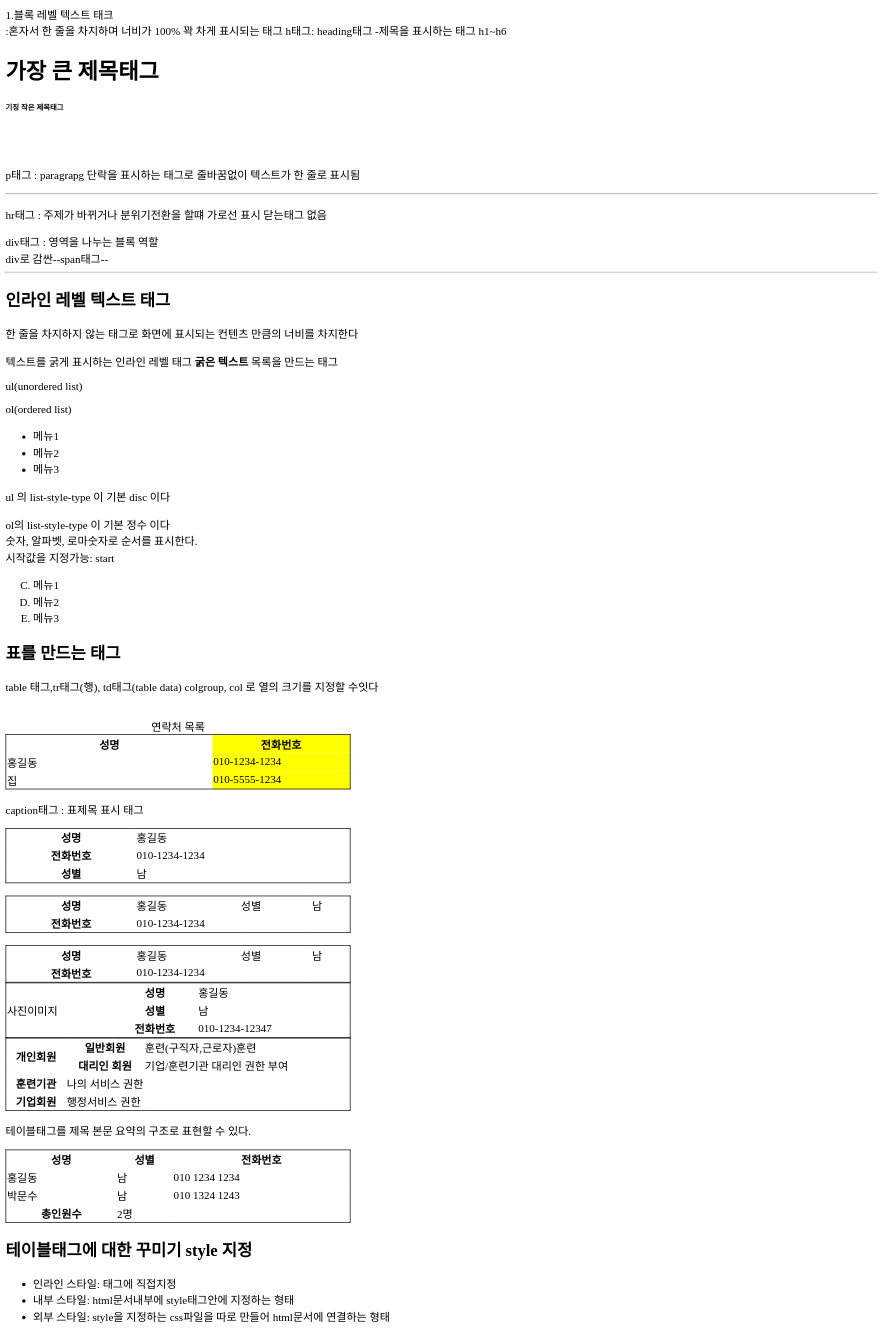
Repository: hana825/Web
Page: web/WebContent/index.html
The author's editor kept a copy of each file at every save. The page is drawn from the files as they stood at one save, then again after the next save.
The browser window is 1280 px wide. The pictures show the whole page, at 69% of full size.

Above is the page before, as saved 2022-03-17 08:01:44.

### web/WebContent/index.html
<!DOCTYPE html>
<html>
<head>
<meta charset="UTF-8">
<title>Insert title here</title>

<style>
table{width:500px;
	  border-collapse: collapse;
	  border: 1px solid black;
}
</style>
</head>

<body>
1.블록 레벨 텍스트 태크<br>
:혼자서 한 줄을 차지하며 너비가 100% 꽉 차게 표시되는 태그

h태그: heading태그 -제목을 표시하는 태그 h1~h6
<h1>가장 큰 제목태그</h1>
<h6>기징 작은 제목태그</h6>
<br><br>
<p>
p태그 : paragrapg 단락을 표시하는 태그로
줄바꿈없이 텍스트가 한 줄로 표시됨
</p>
<hr>

<p>
hr태그 : 주제가 바뀌거나 분위기전환을 할떄 가로선 표시
닫는태그 없음
</p>
<div>
div태그 : 영역을 나누는 블록 역할
</div>

<div> div로 감싼<span>--span태그--</span>
</div>


<hr>

<h2>인라인 레벨 텍스트 태그</h2>
<p> 한 줄을 차지하지 않는 태그로 화면에 표시되는 컨텐츠 만큼의 너비를 차지한다
</p>
<!-- 실행에서 제외하고자 하는 코드는 주석처리 -->
텍스트를 굵게 표시하는 인라인 레벨 태그
<strong>굵은 텍스트
</strong>
목록을 만드는 태그
<p>ul(unordered list)</p>
<p>ol(ordered list)</p>
<ul>
	<li>메뉴1</li>
	<li>메뉴2</li>
	<li>메뉴3</li>
</ul>
<p>ul 의 list-style-type 이 기본 disc 이다</p>
<p>ol의 list-style-type 이 기본 정수 이다<br>
   숫자, 알파벳, 로마숫자로 순서를 표시한다.<br>
   시작값을 지정가능: start<br>
</p>

<ol start='3' type="A">
	<li>메뉴1</li>
	<li>메뉴2</li>
	<li>메뉴3</li>
</ol>

<h2>표를 만드는 태그</h2>
<p>table 태그,tr태그(행), td태그(table data)
colgroup, col 로 열의 크기를 지정할 수잇다
</p><br>

<table >
	<colgroup>
		<col style='width:150px'>
		<col style='width:100px; background-color:yellow'>
	</colgroup>
	<caption>연락처 목록</caption>
	<tr><th>성명</th><th>전화번호</th></tr>
	<tr><td>홍길동</td><td>010-1234-1234</td></tr>
	<tr><td>집</td><td>010-5555-1234</td></tr>
</table>

<p> caption태그 : 표제목 표시 태그
</p>

<table  >
	<tr><th>성명</th>
		<td>홍길동</td>
	</tr>
		<tr><th>전화번호</th>
		<td>010-1234-1234</td>
	</tr>
		<tr><th>성별</th>
		<td>남</td>
	</tr>
</table>
<br>
<table  >
	<tr><th>성명</th>
		<td>홍길동</td>
		<td>성별</td>
		<td>남</td>
	</tr>
		<tr><th>전화번호</th>
		<td colspan='3'>010-1234-1234</td>

</table>
<br>

<table  >
	<tr><th>성명</th>
		<td>홍길동</td>
		<td>성별</td>
		<td>남</td>
	</tr>
		<tr><th>전화번호</th>
		<td colspan='3'>010-1234-1234</td>

</table>

<table  >
	<tr><td rowspan ='3'>사진이미지</td>
		<th>성명</th>
		<td>홍길동</td>
	</tr>
	<tr>
		<th>성별</th>
		<td>남</td>
	</tr>
		<tr>
		<th>전화번호</th>
		<td>010-1234-12347</td>
	</tr>

</table>

<table  >
	<tr><th rowspan ='2'>개인회원</th>
		<th>일반회원</th>
		<td>훈련(구직자,근로자)훈련</td>
	</tr>
	<tr>
		<th>대리인 회원</th>
		<td>기업/훈련기관 대리인 권한 부여</td>
	</tr>
	<tr>
		<th>훈련기관</th>
		<td colspan='2'>나의 서비스 권한</td>
	</tr>
	<tr>
		<th>기업회원</th>
		<td colspan='2'>행정서비스 권한</td>
	</tr>


</table>
<p>
테이블태그를 제목 본문 요약의 구조로 표현할 수 있다.
</p>
<table >
	<thead>
		<tr>
			<th>성명</th>
			<th>성별</th>
			<th>전화번호</th>
		</tr>
	</thead>
	<tbody>
		<tr>
			<td>홍길동</td>
			<td>남</td>
			<td>010 1234 1234</td>
		</tr>
		<tr>
			<td>박문수</td>
			<td>남</td>
			<td>010 1324 1243</td>
		</tr>
	</tbody>
	<tfoot>
		<tr>
			<th>총인원수</th>
			<td colspan='2'>2명</td>
		</tr>
	</tfoot>
</table>

<h2>테이블태그에 대한 꾸미기 style 지정</h2>
<ul>
	<li>인라인 스타일: 태그에 직접지정</li>
	<li>내부 스타일: html문서내부에 style태그안에 지정하는 형태</li>
	<li>외부 스타일: style을 지정하는 css파일을 따로 만들어 html문서에 연결하는 형태</li>
</ul>












</body>
</html>

After the next save:
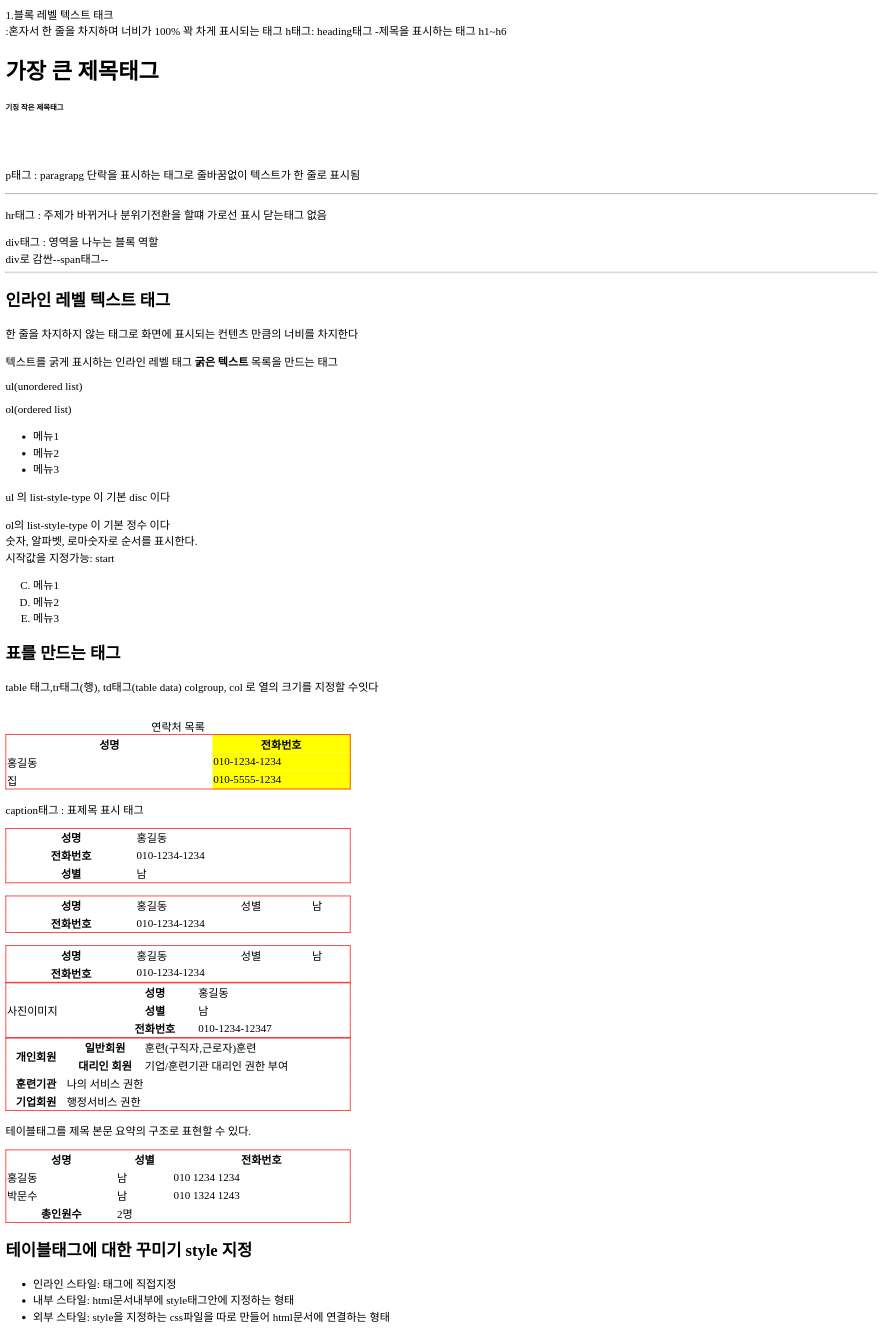
Saved 6 s later.
--- a/web/WebContent/index.html
+++ b/web/WebContent/index.html
@@ -7,7 +7,7 @@
 <style>
 table{width:500px;
 	  border-collapse: collapse;
-	  border: 1px solid black;
+	  border: 1px solid red;
 }
 </style>
 </head>
